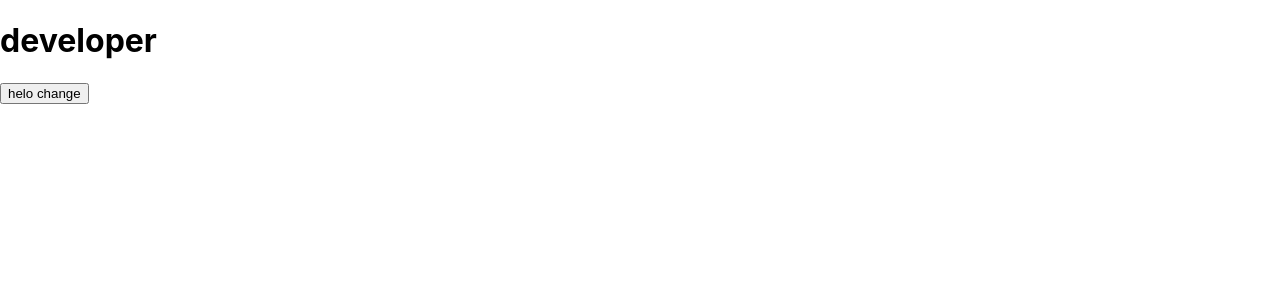
Repository: Rubin78/Firstairport
Page: /
The author's editor kept a copy of each file at every save. The page is drawn from the files as they stood at one save, then again after the next save.
The browser window is 1280 px wide. The pictures show the whole page.
The project was rebuilt for these pictures with package versions that can differ from the ones it lists, and the page was loaded fresh each time.

Above is the page before, as saved 2021-03-12 14:47:11.

### src/App.js
// import React, { Component } from 'react';
// import { wait } from "@testing-library/react";

// class App extends Component {

// state={

//   loading:true,
//   person:false,
// }

// async componentDidMount(){

// const url = "https://api.randomuser.me/"
// const response = await fetch(url);
// const data = await response.json();
// this.setState({person:data.results[0],loading:false})

// }

//   render() {

//  if(this.state.loading){
// return<div>loading ....</div>

//  }

//  if(!this.state.person){
//   return<div>loadingnothing ....</div>

//    }
//     return (
//       <div>

//     <div>{this.state.person.title}</div>

//     <div>{this.state.person.name.first}</div>
//     <div>{this.state.person.name.last}</div>
//     <div>{this.state.person.gender}</div>
//     <div>{this.state.person.timezone}</div>

//   <img src= {this.state.person.picture.large} />
//         </div>
//     );
//   }
// }

// export default App;

// import { wait } from "@testing-library/react";
// import React from "react";

// export default class FetchRandomUser extends React.Component {

//   // async componentDidMount() {
//   //   const url = "https://api.randomuser.me/";
//   //   const response = await fetch(url);
//   //   const data = await response.json();
//   //   this.setState({ person: data.results[0], loading: false });
//   // }

//   state={
//     loading:true,
//     person:null,
//   }

//  async componentDidMount() {

//   const url = "https://api.randomuser.me/";
//   const response = await fetch(url);
//   const data = await response.json();
//   this.setState({person:data.results[0],loading:false})

//  }

//   render() {
//     // if (this.state.loading) {
//     //   return <div>loading...</div>;
//     // }

//     // if (!this.state.person) {
//     //   return <div>didn't get a person</div>;
//     // }

// if (this.state.loading) {
// return <div>loading ...</div>
// }

// if (!this.state.person) {
//   return <div>didnt get anything</div>
// }

//     return (

// <div>

// <div>{this.state.person.name.title}</div>
// <div>{this.state.person.name.first}</div>
// <div>{this.state.person.name.last}</div>
// <div>{this.state.person.gender}</div>
// <div>{this.state.person.address}</div>

// <img src={this.state.person.picture.large} />

// </div>
//     );
//   }
// }

// import React, { useState, useEffect } from "react";
// import axios from "axios";
// export default function APISession() {
//   const [data, setData] = useState([]);

//   useEffect(() => {
//     axios
//       .get("https://jsonplaceholder.typicode.com/users")
//       .then((response) => {
//         setData(response.data);
//       })

//       // .catch((error) => {
//       //   console.log(error);
//       // });
//   }, []);

//   console.log(data);

//   return (
//     <div>
//       {data &&
//         data.map((item) => (
//           <div key={item.id}>
//             {item.name} - {item.phone}
//           </div>
//         ))}
//       {/* {data[0] && <div>{JSON.stringify(data)}</div>} */}
//     </div>
//   );
// }
/*
import React, {useState,useEffect} from 'react';
import axios from "axios";

const App = () => {

  const [data ,setData] = useState([]);
  useEffect(()=> {
    axios.get("https://jsonplaceholder.typicode.com/users")
    .then((response) => {
      setData(response.data);

    })
  })
  return (
    <div>
      {data &&
        data.map((item) => (
          <div key={item.id}>
            {item.name} - {item.phone}
          </div>
        ))}
      {/* {data[0] && <div>{JSON.stringify(data)}</div>} */
/*  </div>
  );
};

export default App; */

/*
import React, { Component } from 'react'


export default class App extends Component {

  constructor(props) {
    super(props);

    this.state = {
      brand: "ford",
      company: "Snoop Technology",
    };
  }

  changeBrand = () => {
  alert("Great Shot!");

    this.setState({brand: "love "});
        this.setState({ company: "Snooper " });


  }

  render() {
const greeting = "welcome to amafh";
    return (
      <div>
        <div>{this.state.brand} </div>
        <div>{this.state.company} </div>
        <h2>I am a {greeting}</h2>


        <button onClick={this.changeBrand}>hello change</button>
      </div>
    );
  }
}


 */

/*  import React , {useState} from 'react';

 const App = () => {

   const [count, setCount] = useState(0);


   return (
     <div>
<p> this is my {count}</p>

<button onClick={() =>setCount(count+2)}> clickme </button></div>
   );
 };

 export default App;
 */

/* import React, { useState, useEffect } from "react";
import axios from "axios";
export default function APISession() {
  const [data, setData] = useState([]);



useEffect(()=>{

  axios.get("https://jsonplaceholder.typicode.com/users")
  .then((response) => {

    setData(response.data)
  })

.catch((error)=>{

  console.log(error);
})

})

  return (
    <div>


{data &&
data.map((item)=>(

  <div key={item.id}>

    {item.name}
  </div>
))}

    </div>
  );

        }




 */

/*  get data ====================================================== >
 */

/*

import React, { useState, useEffect } from "react";
import axios from "axios";

const App = () => {
  const [data, setData] = useState([]);

  useEffect(() => {
    axios
      .get("https://jsonplaceholder.typicode.com/users")
      .then((response) => {
        setData(response.data);
      })

      .catch((error) => {
        console.log(error);
      });
  });

  return (
    <div>
      {data &&
        data.map((item) => (
          <div key={item.id}>

            {item.name} -{item.phone} -{item.city}


          </div>
        ))}
    </div>
  );
};

export default App; */

/*   <======================================================================using state and changing the data value==========================================>*/

/*
import React, { Component } from 'react'

export default class App extends Component {
  constructor(props) {
    super(props);
    this.state = {
      company: "Snoop Technology",
      profile: "developer",
    };
  }

  changeData=()=>{

    this.setState({
      company: "Snoopeer Technology",
      profile: "developer as a junior",
    });
  }


  render() {
    return (
      <div>
        <h1> Currently m working in {this.state.company}</h1>
        <h1>My profile is {this.state.profile}</h1>

        <button onClick={this.changeData}> hello </button>
      </div>
    );
  }
}
 */

/* <parent to child data transfer=========================>
 */
/*
import React, { Component } from 'react'
import Home from "../src/Home";
export default class App extends Component {
 */

/*   render() {
 */

/*     const data = "there should be som data";

    return (
      <div>

        <Home data={data} />
      </div>
    )
  }
}
 */

/* using hooks how to change or update the values =====================================> */

/* rmber when we are using functional component we dont have to use this .state in button section */

/*
import React,{useState} from 'react';

const App = () => {


  const [name, setName] = useState("changing data");



  const hancleClick=()=>{

    setName(" yes you have change the data");
  }
  return (
    <div>
    <h1>  {name} </h1>



      <button onClick ={hancleClick}> hello </button>
    </div>
  );
};

export default App; */

/*




import React, { useState, useEffect } from "react";
import axios from "axios";

const App = () => {
  const [data, setData] = useState([]);

  useEffect(() => {
   axios
     .put("https://jsonplaceholder.typicode.com/posts/1", {
       id: 1,
       title: "foo",
       body: "rubin",
       userId: 1,
     },


     )



     axios.put("https://jsonplaceholder.typicode.com/posts/2", {
       id: 2,
       title: "solo",
       body: "dodod",
       userId: 2,
     },
     )
     .then((response) => {
       setData(response.data);
     })

     .catch((error) => {
       console.log(error);
     });


      console.log(data)
  });

  return (
    <div>

    </div>
  );
};

export default App;  */

/* event in react  ============>
 */

/* remember if ur using the event in functional component then u have to use (function)  eg function shoot(){

}
 */

/* import React, { useState } from 'react';

const App = () => {

  const [name, setName] = useState("shaun");

function shoot() {
alert("hello");
setName("rubin");
}
  return (
    <div>
      <h1>{name}</h1>
      <button onClick = {shoot}  > shoot a shot </button>
    </div>
  );
};

export default App;11 */

/* rember if ur using class component then u can make this by simply using this.
 */
import React, { Component } from "react";

export default class App extends Component {
  constructor(props) {
    super(props);

    this.state = {
      company: "Snop Technology",
      profile: "developer ",
    };
  }

  changeWords() {
    alert("this is good to go");

    this.setState({
      company: "Snoopeer Technology",
      profile: "developer as a junior",
    });
  }
  render() {
    return (
      <div>
        <h1>{this.company}</h1>
        <h1>{this.state.profile}</h1>
        <button onClick={this.changeWords}>helo change </button>
      </div>
    );
  }
}

Loaded but not shown: public/index.html (common file); src/index.js (common file); src/index.css (common file); src/serviceWorker.js (common file)

After the next save:
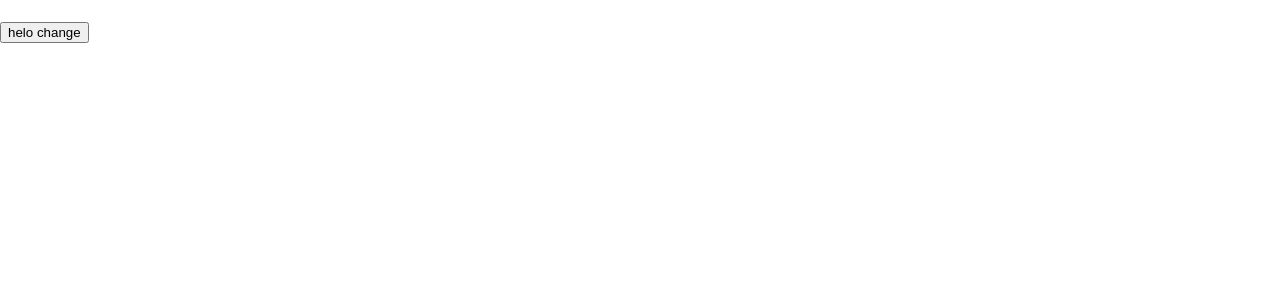
Saved 7 s later.
--- a/src/App.js
+++ b/src/App.js
@@ -509,7 +509,7 @@ export default class App extends Component {
     return (
       <div>
         <h1>{this.company}</h1>
-        <h1>{this.state.profile}</h1>
+        <h1>{this.profile}</h1>
         <button onClick={this.changeWords}>helo change </button>
       </div>
     );
